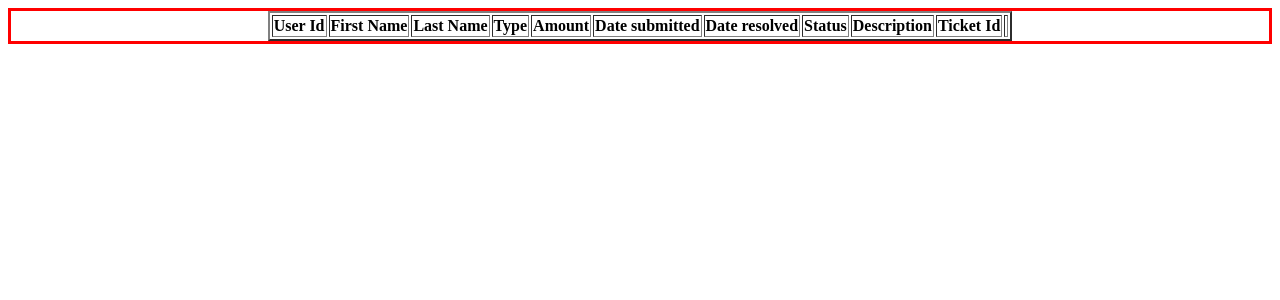
Repository: 2001usfpega/ZhenJ-code
Page: Project1/Showmethemoney/src/main/webapp/resources/html/ticket_decide.html
The author's editor kept a copy of each file at every save. The page is drawn from the files as they stood at one save, then again after the next save.
The browser window is 1280 px wide. The pictures show the whole page.

Above is the page before, as saved 2020-02-10 03:36:01.

### Project1/Showmethemoney/src/main/webapp/resources/html/ticket_decide.html
<!DOCTYPE html><html><head><meta charset="ISO-8859-1">
<title>Ticket Decision</title>
<link rel=stylesheet type="text/css" href="/Showmethemoney/resources/css/mystyles.css"></head>
<div class="login-container"><div class="form-group"><table border="2" class="table" id="reimbtable"><tr><th>User Id</th><th>First Name</th><th>Last Name</th><th>Type</th><th>Amount</th><th>Date submitted</th><th>Date resolved</th><th>Status</th><th>Description</th><th>Ticket Id</th>
<th></th></tr></table></div>

</div></body></html>

### Project1/Showmethemoney/src/main/webapp/resources/css/mystyles.css
.login-container {
	display: flex;
	flex-direction: column;
    align-items: center;
    border: 3px solid red;
    text-align: center;
}

form {
	border: 2px solid black;
	padding: 10px;
	margin: 10px;
}

input {
	margin: 3px;
}

After the next save:
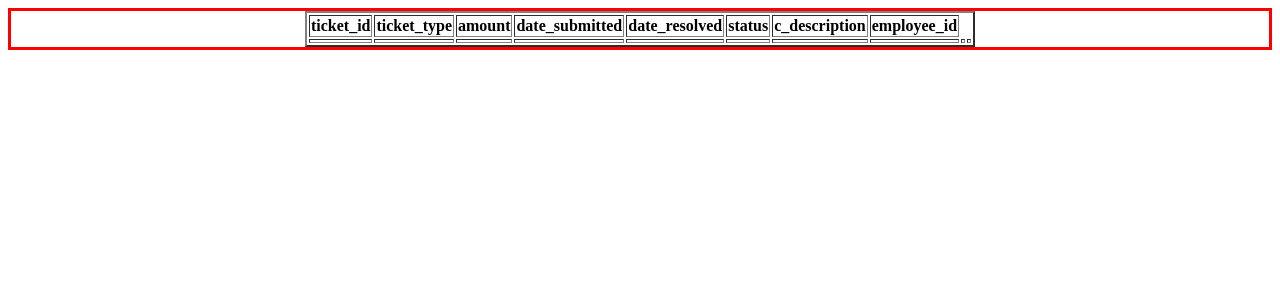
Saved 4 min 11 s later.
--- a/Project1/Showmethemoney/src/main/webapp/resources/html/ticket_decide.html
+++ b/Project1/Showmethemoney/src/main/webapp/resources/html/ticket_decide.html
@@ -1,7 +1,62 @@
-<!DOCTYPE html><html><head><meta charset="ISO-8859-1">
+<!DOCTYPE html>
+<html>
+<head>
+<meta charset="ISO-8859-1">
 <title>Ticket Decision</title>
-<link rel=stylesheet type="text/css" href="/Showmethemoney/resources/css/mystyles.css"></head>
-<div class="login-container"><div class="form-group"><table border="2" class="table" id="reimbtable"><tr><th>User Id</th><th>First Name</th><th>Last Name</th><th>Type</th><th>Amount</th><th>Date submitted</th><th>Date resolved</th><th>Status</th><th>Description</th><th>Ticket Id</th>
-<th></th></tr></table></div>
+<link rel=stylesheet type="text/css"
+	href="/Showmethemoney/resources/css/mystyles.css">
+</head>
+<div class="login-container">
+	<div class="form-group">
+		<table border="2" class="table" id="reimbtable">
+			<tr>
+				<th>ticket_id</th>
+				<th>ticket_type</th>
+				<th>amount</th>
+				<th>date_submitted</th>
+				<th>date_resolved</th>
+				<th>status</th>
+				<th>c_description</th>
+				<th>employee_id</th>
+			</tr>
 
-</div></body></html>
+
+			<tr>
+				<td>  </td>
+				<td></td>
+				<td></td>
+				<td></td>
+				<td></td>
+				<td></td>
+				<td></td>
+				<td></td>
+				<td></td>
+				<td></td>
+
+
+
+
+
+
+			</tr>
+
+
+
+
+
+
+
+
+
+
+
+
+
+
+
+		</table>
+	</div>
+
+</div>
+</body>
+</html>
